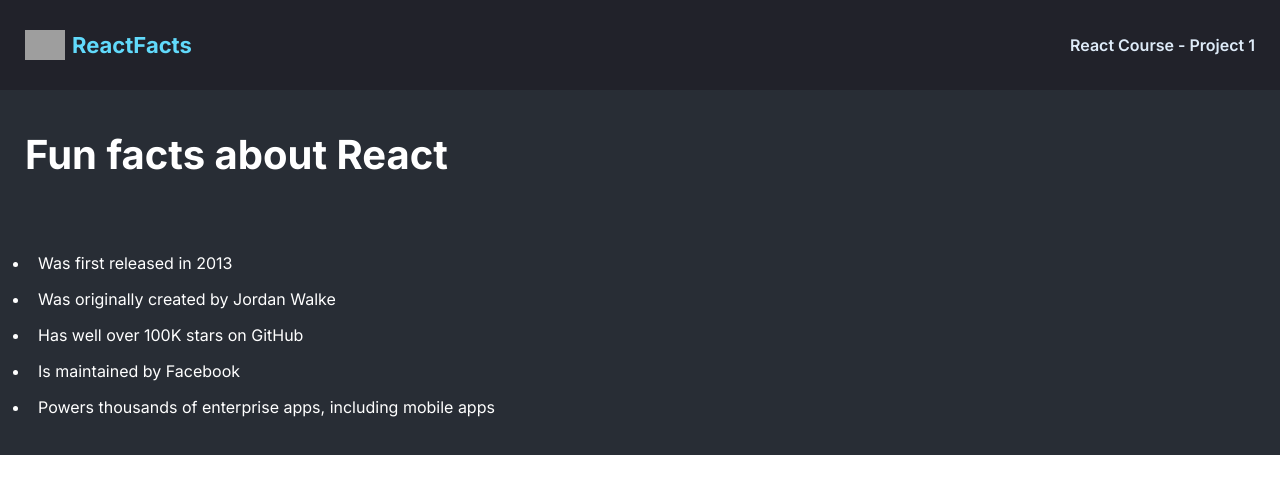
Repository: evemcd/scrimba-react2
Page: / (app in vite-react/)
An editor plug-in stored every save of this project. The page is shown before and after the next save, followed by the edit.
The browser window is 1280 px wide. The pictures show the whole page.
Pictures or frames that could not be fetched are drawn as grey boxes. The project was rebuilt for these pictures with package versions that can differ from the ones it lists, and the page was loaded fresh each time. Also part of the build but not shown: vite-react/vite.config.js.

Above is the page before, as saved 2023-08-04 12:08:06.

### vite-react/index.html
<!doctype html>
<html lang="en">

<head>
  <meta charset="UTF-8" />
  <meta name="viewport" content="width=device-width, initial-scale=1.0" />
  <link rel="preconnect" href="https://fonts.googleapis.com">
  <link rel="preconnect" href="https://fonts.gstatic.com" crossorigin>
  <link
    href="https://fonts.googleapis.com/css2?family=Inter:wght@400;600;700&family=Roboto+Condensed:wght@300;400;700&family=Roboto:ital,wght@0,400;0,700;0,900;1,300&display=swap"
    rel="stylesheet">
  <link rel="stylesheet" href="./src/index.css">
  <title>ReactFacts</title>
</head>

<body>
  <div id="root"></div>
  <script type="module" src="/src/index.jsx"></script>
</body>

</html>

### vite-react/src/index.css
* {
  box-sizing: border-box;
}

body {
  margin: 0;
  font-family: Inter, sans-serif;
}

nav {
  display: flex;
  align-items: center;
  background-color: #21222A;
  height: 90px;
  padding: 30px 25px;
}

.nav--icon {
  height: 30px;
  margin-right: 7px;
}

.nav--logo_text {
  color: #61DAFB;
  margin: 0;
  margin-right: auto;
  font-weight: 700;
  font-size: 22px;
}

.nav--title {
  margin: 0;
  color: #DEEBF8;
  font-weight: 600;
}

.main {
  background-color: #282D35;
  color: #FFFFFF;
}

.main>h2 {
  margin: 0;
  padding: 40px 25px 20px 25px;
  font-size: 40px;
}

.factsList {
  padding: 30px;
}

.listElements {
  padding: 8px;
  font-size: 16px;
}

### vite-react/src/index.jsx
import React from 'react'
import ReactDOM from 'react-dom'
import App from './App.jsx'



ReactDOM.render(
  <App />,
  document.getElementById('root'))

### vite-react/src/App.jsx
import React from 'react'
import Navbar from './components/Navbar.jsx'
import Main from './components/Main.jsx'

export default function App() {
    return (
        <div className="container">
            <Navbar />
            <Main />
        </div>
    )
}

### vite-react/src/components/Navbar.jsx
import '../index.css'

export default function Navbar() {
    return (
        <nav>
            <img src="../../public/img/react-logo.png" className='nav--icon' />
            <h3 className='nav--logo_text'>ReactFacts</h3>
            <h4 className='nav--title'>React Course - Project 1</h4>
        </nav>
    )
}

### vite-react/src/components/Main.jsx
export default function Main() {
    return (
        <main className="main">
            <h2>Fun facts about React</h2>
            <ul className="factsList">
                <li className="listElements">Was first released in 2013</li>
                <li className="listElements">Was originally created by Jordan Walke</li>
                <li className="listElements">Has well over 100K stars on GitHub</li>
                <li className="listElements">Is maintained by Facebook</li>
                <li className="listElements">Powers thousands of enterprise apps, including mobile apps</li>
            </ul>
        </main>
    )
}

After the next save:
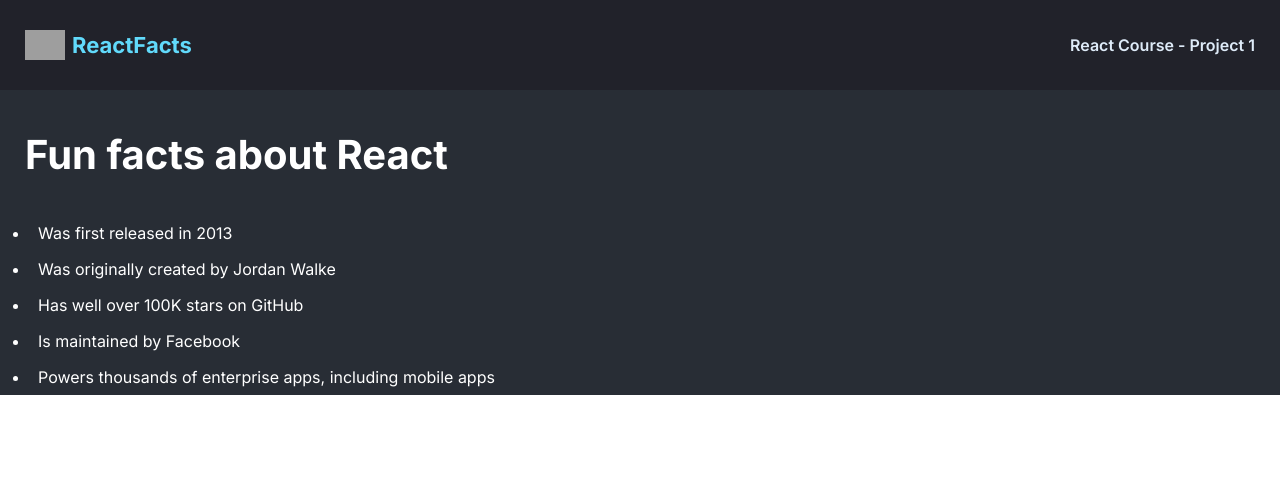
Saved 13 s later.
--- a/vite-react/src/index.css
+++ b/vite-react/src/index.css
@@ -46,7 +46,7 @@ nav {
 }
 
 .factsList {
-  padding: 30px;
+  padding: 0 30px;
 }
 
 .listElements {
